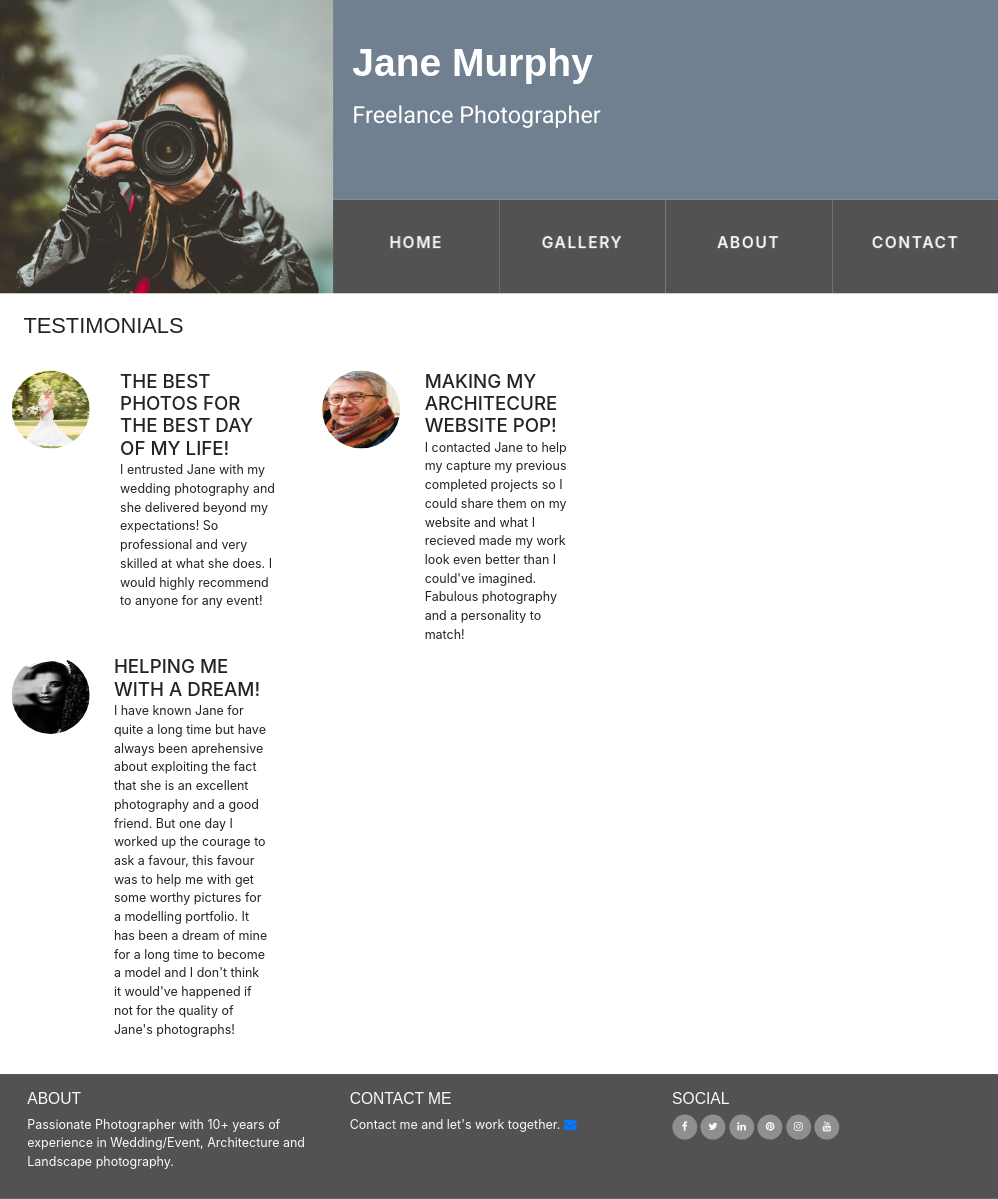
Repository: Code-Institute-Submissions/MrChrisRandall-milestone-1
Page: index.html
The author's editor kept a record of every edit. The page is drawn from the files as they stood at one moment, then again after the next edit.
The browser window is 1280 px wide. The pictures show the whole page, at 78% of full size.

Above is the page before.

### index.html
<!DOCTYPE html>
<html lang="en">

<head>
    <meta charset="UTF-8">
    <meta name="viewport" content="width=device-width, initial-scale=1.0">
    <meta http-equiv="X-UA-Compatible" content="ie=edge">
    <link rel="stylesheet" href="https://stackpath.bootstrapcdn.com/bootstrap/4.3.1/css/bootstrap.min.css" type="text/css" />
    <link rel="stylesheet" href="https://stackpath.bootstrapcdn.com/font-awesome/4.7.0/css/font-awesome.min.css" type="text/css" />
    <link rel="stylesheet" href="https://cdnjs.cloudflare.com/ajax/libs/hover.css/2.3.1/css/hover-min.css" type="text/css" />
    <link rel="stylesheet" href="assets/css/style.css" type="text/css" />
    <title>Studio 21</title>
</head>

<body>
    <header>
        <div class="row no-gutters">
            <a href="index.html" class="col-md-4 logo">

            </a>
            <div class="col-md-8">
                <div class="row no-gutters bg-color-name-title">
                    <div class="col heading">
                        <h1 class="name">Jane Murphy</h1>
                        <h2 class="title">Freelance Photographer</h2>
                    </div>
                </div>
                <div class="row no-gutters">
                    <div class="col">
                        <ul id="nav" class="list-inline menucontainer">
                            <li class="col-6 col-sm-3 ui-menu-color-home list-inline-item menuitem">
                                <a href="index.html" class="hvr-grow-shadow"><span>Home</span></a>
                            </li>
                            <li class="col-6 col-sm-3 ui-menu-color-gallery list-inline-item menuitem">
                                <a href="gallery.html" class="hvr-grow-shadow"><span>Gallery</span></a>
                            </li>
                            <li class="col-6 col-sm-3 ui-menu-color-about list-inline-item menuitem">
                                <a href="about.html" class="hvr-grow-shadow"><span>About</span></a>
                            </li>
                            <li class="col-6 col-sm-3 ui-menu-color-contact list-inline-item menuitem">
                                <a href="contact.html" class="hvr-grow-shadow"><span>Contact</span></a>
                            </li>
                        </ul>
                    </div>
                </div>

            </div>
        </div>

    </header>

    <section class="container-fluid">
        <div class="row">

            <div class="col-md-8 section-column">

                <div class="row">
                    <div class="col">
                        <h3 class="section-heading uppercase">Testimonials</h3>
                    </div>
                </div>
                <div class="row">
                    <div class="d-none d-sm-block">
                        <img src="assets/images/f1.jpg" class="rounded-circle mr-4" height=100 width=100>
                    </div>
                    <div class="col-10 offset-1 offset-sm-0 col-sm-4 col-md-4">
                        <div class="row">

                            <div class="col-10">
                                <h4 class="uppercase">The best photos for the best day of my life!</h4>
                                <p>
                                    I entrusted Jane with my wedding photography and she delivered beyond my expectations! So professional and very skilled at what she does. I would highly recommend to anyone for any event!
                                </p>
                            </div>
                        </div>
                    </div>


                    <div class="d-none d-sm-block">
                        <img src="assets/images/m1.jpg" class="rounded-circle mr-3" height=100 width=100>
                    </div>
                    <div class="col-10 offset-1 offset-sm-0 col-sm-4 col-md-4">
                        <div class="row">

                            <div class="col-10">
                                <h4 class="uppercase">Making my architecure website pop!</h4>
                                <p>
                                    I contacted Jane to help my capture my previous completed projects so I could share them on my website and what I recieved made my work look even better than I could've imagined. Fabulous photography and a personality to match!
                                </p>
                            </div>
                        </div>
                    </div>

                    <div class="d-none d-sm-block">
                        <img src="assets/images/fm1.jpg" class="rounded-circle mr-3" height=100 width=100>
                    </div>
                    <div class="col-10 offset-1 offset-sm-0 col-sm-4 col-md-4">
                        <div class="row">
                            <div class="col-10">
                                <h4 class="uppercase">Helping me with a dream!</h4>
                                <p>
                                    I have known Jane for quite a long time but have always been aprehensive about exploiting the fact that she is an excellent photography and a good friend. But one day I worked up the courage to ask a favour,
                                    this favour was to help me with get some worthy pictures for a modelling portfolio. It has been a dream of mine for a long time to become a model and I don't think it would've happened if not for the quality of Jane's photographs!
                                </p>
                            </div>

                        </div>
                    </div>
                </div>
            </div>
        </div>

    </section>

    <footer class="container-fluid">
        <div id="footer-details" class="row">
            <div class="col-sm-4">
                <h5 class="uppercase general-sub">About</h5>
                <p class="inline-block">
                    Passionate Photographer with 10+ years of experience in Wedding/Event, Architecture and Landscape photography.
                </p>
            </div>
            <div class="col-sm-4">
                <h5 class="uppercase general-sub">Contact Me</h5>
                <p class="inline-block">
                    Contact me and let's work together.
                    <a href="contact.html" class="contant-link">
                        <i class="fa fa-envelope" aria-hidden="true"></i>
                        <span class="sr-only">Contact link.</span>
                    </a>
                </p>
            </div>
            <div class="col-sm-4">
                <h5 class="uppercase general-sub">Social</h5>
                <ul class="list-inline social-links">
                    <li class="list-inline-item">
                        <a target="_blank" href="#">
                            <i class="fa fa-facebook" aria-hidden="true"></i>
                            <span class="sr-only">Facebook</span>
                        </a>
                    </li>
                    <li class="list-inline-item">
                        <a target="_blank" href="#">
                            <i class="fa fa-twitter" aria-hidden="true"></i>
                            <span class="sr-only">Twitter</span>
                        </a>
                    </li>
                    <li class="list-inline-item">
                        <a target="_blank" href="#">
                            <i class="fa fa-linkedin" aria-hidden="true"></i>
                            <span class="sr-only">LinkedIn</span>
                        </a>
                    </li>
                    <li class="list-inline-item">
                        <a target="_blank" href="#">
                            <i class="fa fa-pinterest" aria-hidden="true"></i>
                            <span class="sr-only">Pinterest</span>
                        </a>
                    </li>
                    <li class="list-inline-item">
                        <a target="_blank" href="#">
                            <i class="fa fa-instagram" aria-hidden="true"></i>
                            <span class="sr-only">Instagram</span>
                        </a>
                    </li>
                    <li class="list-inline-item">
                        <a target="_blank" href="#">
                            <i class="fa fa-youtube" aria-hidden="true"></i>
                            <span class="sr-only">YouTube</span>
                        </a>
                    </li>
                </ul>
            </div>
        </div>
    </footer>

</body>

</html>

### assets/css/style.css
@import url('https://fonts.googleapis.com/css?family=Roboto&display=swap:100,200,300,400,500,600,700|Exo:100,200,300,400,500,600,700');


/*--------------------------------------------------Colors*/

.bg-color-name-title {
    background-color: #708090;
}

.ui-menu-color-home {
    background-color: #525252;
}

.ui-menu-color-gallery {
    background-color: #525252;
}

.ui-menu-color-about {
    background-color: #525252;
}

.ui-menu-color-contact {
    background-color: #525252;
}

/*--------------------------------------------------General*/

h1,
h2,
h3,
h4 {
    margin: 0;
}

.uppercase {
    text-transform: uppercase;
}

.general-sub {
    font-family: "Exo", sans-serif;
    font-weight: 300;
    color: #fafafa
}

.inline-block {
    display: inline-block;
}

.row-table {
    display: table;
}

.section-column {
    display: table-cell;
    padding: 0 30px 30px;
    float: none;
}

.history-heading,
.section-heading {
    font-family: "Exo", sans-serif;
    font-weight: 300;
    margin-top: 25px;
    margin-bottom: 40px;
}

/*--------------------------------------------------Header*/

.header {
    margin: 0;
}

.heading {
    margin-left: 25px;
}

.logo {
    background: url(../images/pic.jpg);
    background-position: center;
    background-repeat: no-repeat;
    background-size: cover;
    min-height: 360px;
}

.name {
    font-family: "Exo", sans-serif;
    font-weight: 600;
    font-size: 50px;
    margin-top: 50px;
    color: #fff;
}

.title {
    font-family: "Roboto", sans-serif;
    font-weight: 400;
    font-size: 30px;
    margin-top: 20px;
    margin-bottom: 90px;
    color: #fff;
}

.list-inline-item:not(:last-child) {
    margin: 0;
}

.menucontainer {
    font-size: 0;
}

#nav {
    margin: 0;
}

#nav li {
    font-size: 14px;
    padding: 0;
}

.menuitem {
    height: 120px;
    text-align: center;
    padding: 0;
}

.menuitem a {
    width: 100%;
    text-decoration: none;
    color: #fff;
    height: 120px;
}

.menuitem span {
    display: block;
    width: 100%;
    padding-top: 40px;
    text-align: center;
    text-transform: uppercase;
    font-size: 20px;
    font-weight: 600;
    letter-spacing: 2px;
}

/*--------------------------------------------------Footer*/

footer {
    background-color: #525252;
    color: #fafafa;
    min-height: 120px;
    margin: 0;
}

.contact-link i {
    width: 32px;
    height: 32px;
    padding: 12px 0;
    border-radius: 50%;
    font-size: 13px;
    line-height: 7px;
    text-align: center;
    color: #fafafa;
    background: #8f8f8f;
    transition: all 0.35s ease-in-out;
    -moz-transition: all 0.35s ease-in-out;
    -webkit-transition: all 0.35s ease-in-out;
    -o-transition: all 0.35s ease-in-out;
}

.social-links {
    padding-bottom: 15px;
}

.social-links li a i {
    width: 32px;
    height: 32px;
    padding: 12px 0;
    border-radius: 50%;
    font-size: 13px;
    line-height: 7px;
    text-align: center;
    color: #fafafa;
    background: #8f8f8f;
    transition: all 0.35s ease-in-out;
    -moz-transition: all 0.35s ease-in-out;
    -webkit-transition: all 0.35s ease-in-out;
    -o-transition: all 0.35s ease-in-out;
}

.social-links li a i:hover {
    background: #708090;
}

#footer-details {
    padding: 20px;
}

/*--------------------------------------------------Personal Info*/

.personal-info-item {
    margin-bottom: 20px;
    display: block;
    clear: both;
}

.personal-info-item .key,
.personal-info-item .value {
    padding-right: 8px;
    display: inline-block;
}

.personal-info-item .key p,
.personal-info-item .value p {
    margin: 0;
}

.personal-info-item .key {
    width: 30%;
    margin-right: 21px;
    padding-top: 2px;
    vertical-align: top;
}

.personal-info-item .key p {
    font-weight: 700;
}

.personal-info-item .value {
    position: relative;
    width: 60%;
}

/*--------------------------------------------------Contact Form*/

.contact-heading {
    font-family: "Exo", sans-serif;
    font-weight: 300;
    margin-top: 25px;
    margin-bottom: 20px;
}

.center-form {
    padding-top: 10px;
    margin: 0 auto;
    max-width: 70%;
}

button[type="submit"] {
    margin-top: 15px;
    margin-bottom: 20px;
    color: #fafafa;
    background-color: #e84610;
}

/*--------------------------------------------------Gallery*/

.flex-container {
    width: 1280px;
    min-height: 500px;
    background: #fff;
    margin: 70px auto 0;
    display: flex;
    flex-direction: row;
    flex-wrap: wrap;
}

.flex-container .box {
    position: relative;
    width: 250px;
    height: 250px;
    background: #000000;
    margin: 25px;
    display: inline-block
}

.flex-container .box .imgBox {
    position: relative;
}

.flex-container .box .imgBox img {
    max-width: 100%;
    transform: transition 2s;
}
.flex-container .box:hover .imgBox {

}

After the next edit:
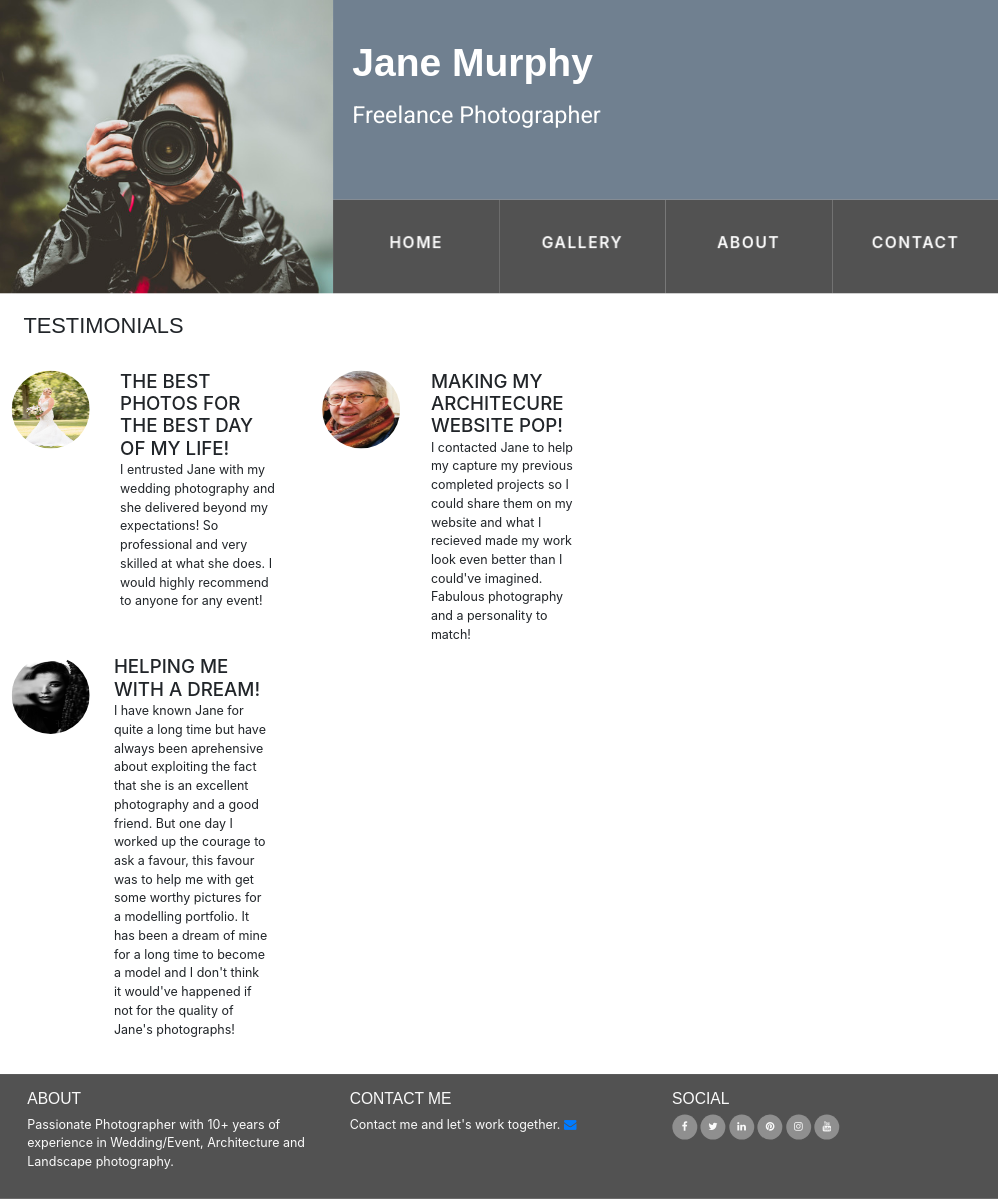
The edit:
--- a/index.html
+++ b/index.html
@@ -77,7 +77,7 @@
 
 
                     <div class="d-none d-sm-block">
-                        <img src="assets/images/m1.jpg" class="rounded-circle mr-3" height=100 width=100>
+                        <img src="assets/images/m1.jpg" class="rounded-circle mr-4" height=100 width=100>
                     </div>
                     <div class="col-10 offset-1 offset-sm-0 col-sm-4 col-md-4">
                         <div class="row">
